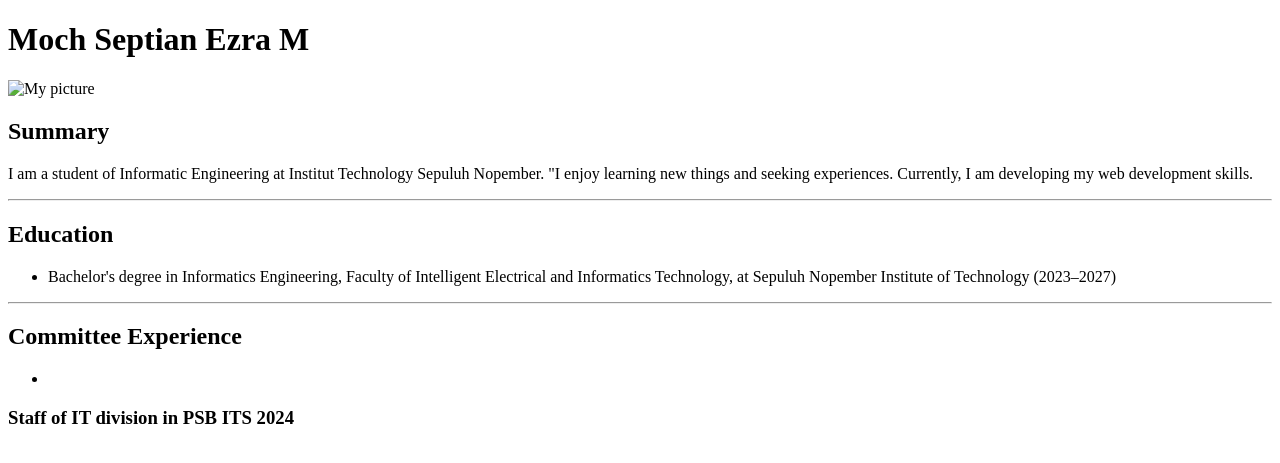
Repository: arzeee/Web_Course
Page: Capstone Project 1/index.html
These files come from the project's save history. The page is drawn as it stood at one moment and after a run of saves; the edit follows.
The browser window is 1280 px wide. The pictures show the whole page.

Above is the page before, as saved 2024-12-06 07:47:41.

### Capstone Project 1/index.html
<!DOCTYPE html>
<html lang="en">
<head>
    <meta charset="UTF-8">
    <meta name="viewport" content="width=device-width, initial-scale=1.0">
    <title>My Resume</title>
</head>
<body>
    <h1>Moch Septian Ezra M</h1>
    <img src="" alt="My picture">

    <h2>Summary</h2>
    <p>I am a student of Informatic Engineering at Institut Technology Sepuluh Nopember. "I enjoy learning new things and seeking experiences. Currently, I am developing my web development skills.</p>
    <hr>

    <h2>Education</h2>
    <ul>
        <li>Bachelor's degree in Informatics Engineering, Faculty of Intelligent Electrical and Informatics Technology, at Sepuluh Nopember Institute of Technology (2023–2027)</li>
    </ul>
    <hr>

    <h2>Committee Experience</h2>
    <ul>
        <li></li>
    </ul><h3>Staff of IT division in PSB ITS 2024</h3>

    <h2></h2>
</body>
</html>

After the next 2 saves:
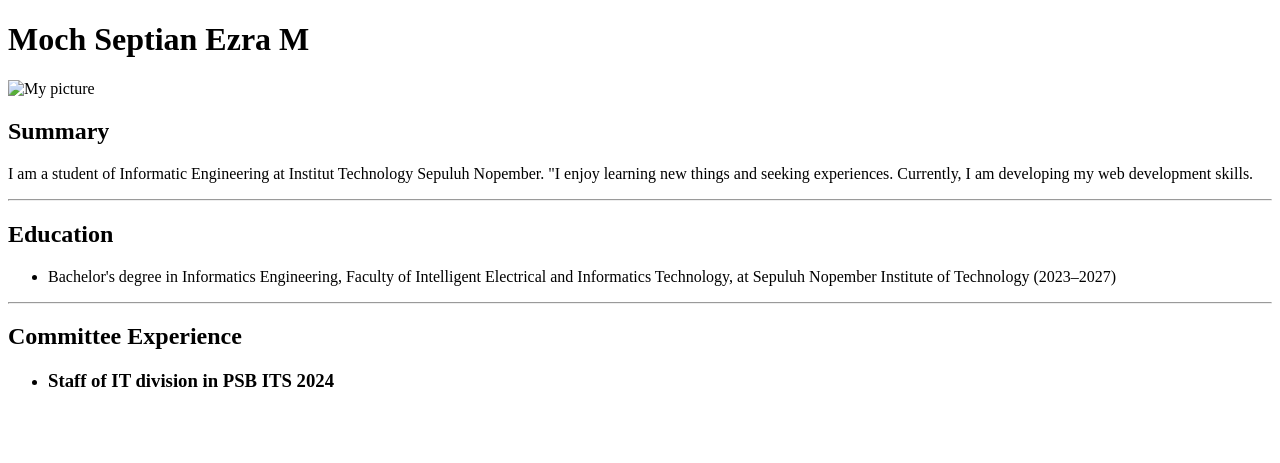
The 2 saves are shown as one change because they came seconds apart.
The last was saved 8 s later.
--- a/Capstone Project 1/index.html
+++ b/Capstone Project 1/index.html
@@ -21,8 +21,8 @@
 
     <h2>Committee Experience</h2>
     <ul>
-        <li></li>
-    </ul><h3>Staff of IT division in PSB ITS 2024</h3>
+        <li><h3>Staff of IT division in PSB ITS 2024</h3></li>
+    </ul>
 
     <h2></h2>
 </body>
